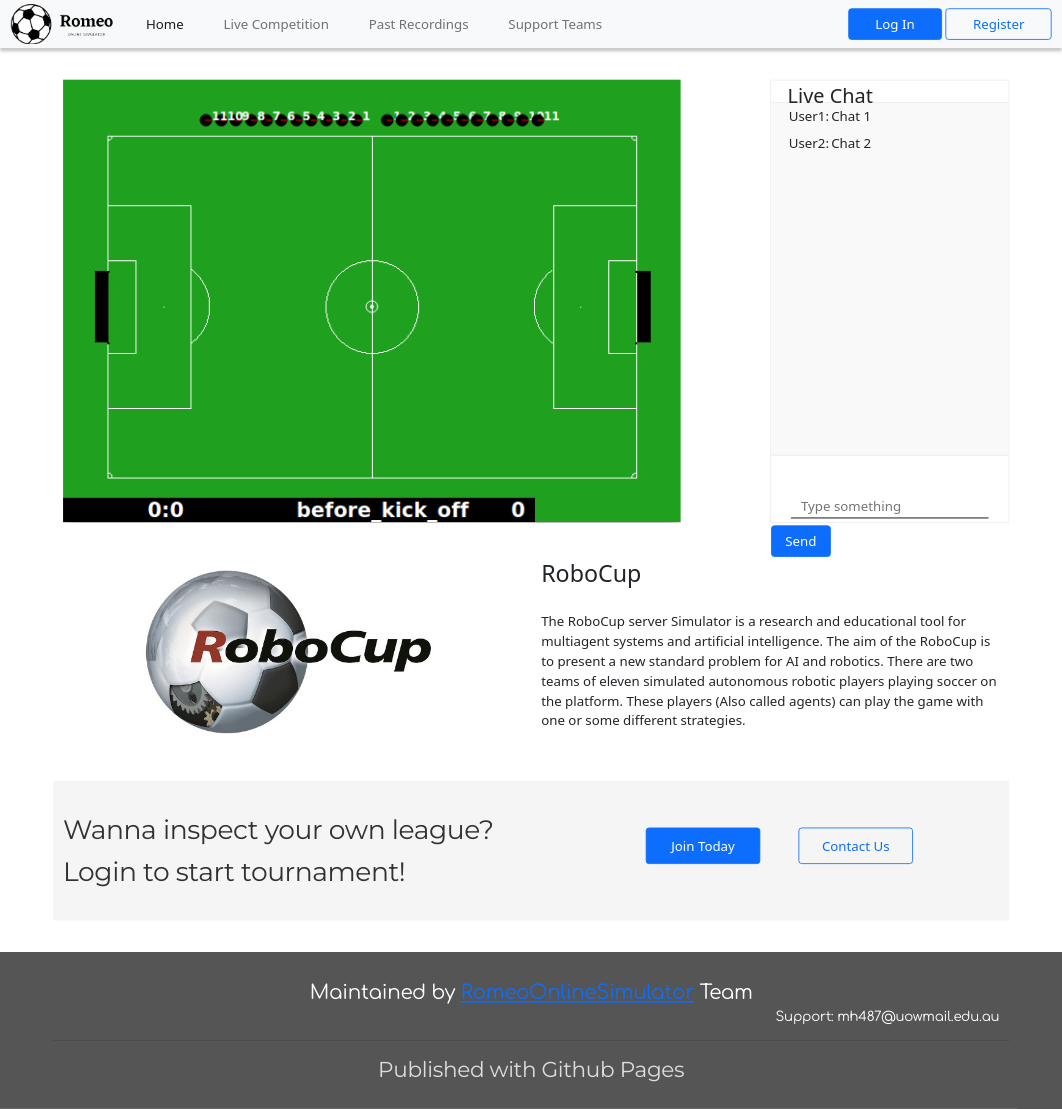
Repository: romeoonlinesim/romeoonlinesim.github.io
Page: competition.html
These files come from the project's save history. The page is drawn as it stood at one moment and after the next save; the edit follows.
The browser window is 1280 px wide. The pictures show the whole page, at 83% of full size.

Above is the page before, as saved 2021-05-19 21:51:24.

After the next save:
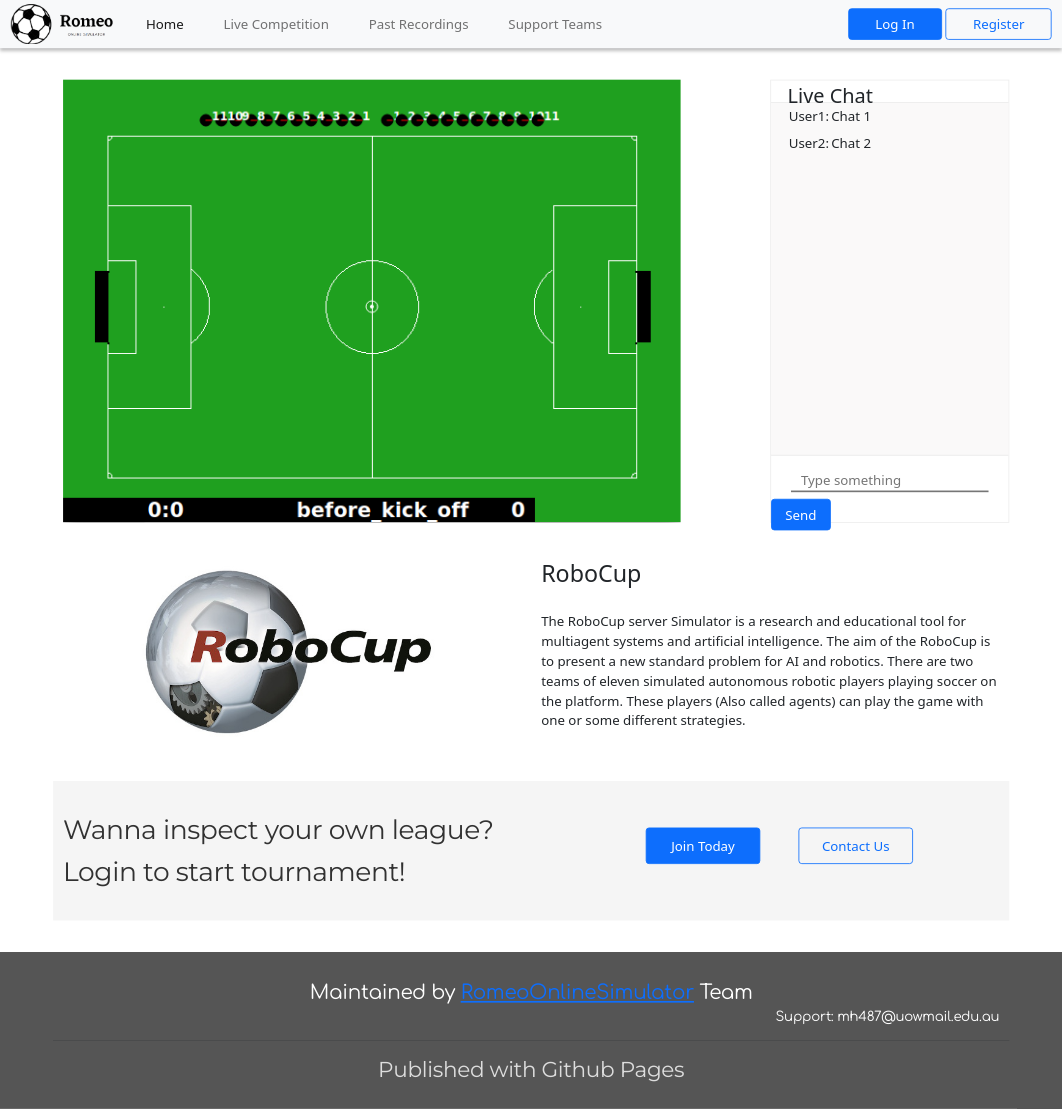
Saved 4 s later.
--- a/competition.html
+++ b/competition.html
@@ -228,7 +228,7 @@
                         Chat 2
                     </div>
                 </div>
-                <div class="row chat-input pt-5">
+                <div class="row chat-input pt-3">
                     <div class="col-lg-1"></div>
                     <input class="col-lg-10 chat-text" type="textarea" name="chat" placeholder="Type something"/>
                     <div class="col-lg-1"></div>
